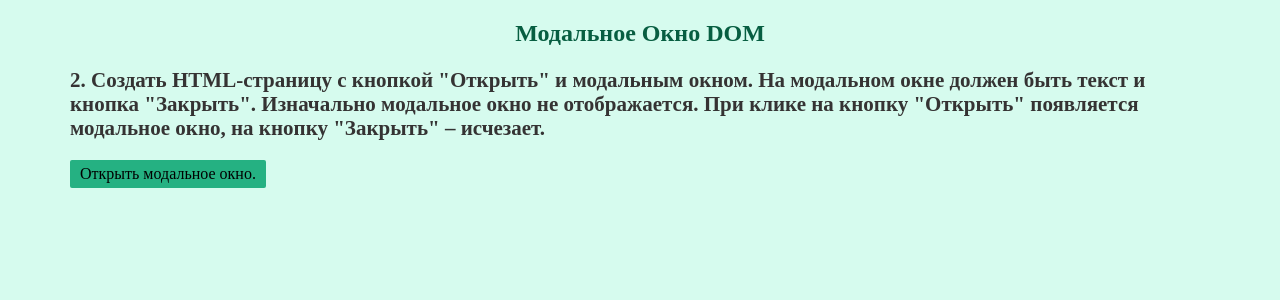
Repository: NastyaGavrilova/Beetroot-js
Page: HW7/modalWindow/modal.html
These files come from the project's save history. The page is drawn as it stood at one moment and after the next save; the edit follows.
The browser window is 1280 px wide. The pictures show the whole page.

Above is the page before, as saved 2021-10-25 14:50:06.

After the next save:
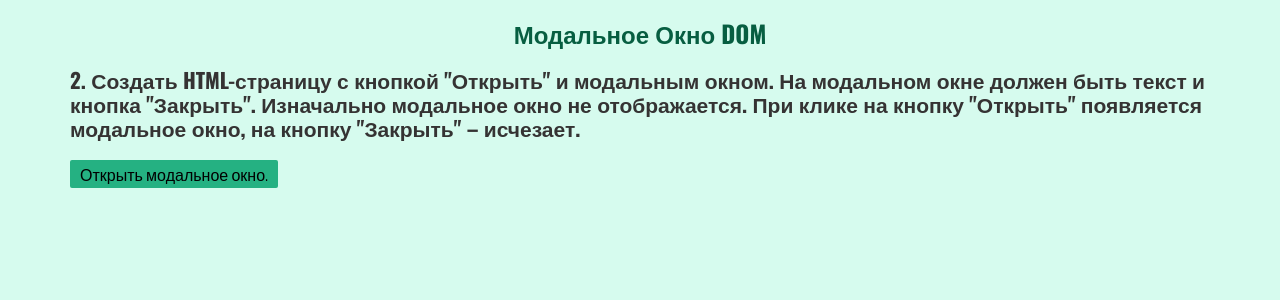
Saved 9 s later.
--- a/HW7/modalWindow/modal.css
+++ b/HW7/modalWindow/modal.css
@@ -7,6 +7,7 @@ body {
   max-width: 1200px;
   margin: 0 auto;
   background-color: rgba(167, 247, 220, 0.459);
+  font-family: "Oswald", sans-serif;
 }
 .c-header__wrapper {
   margin: 20px 0;
